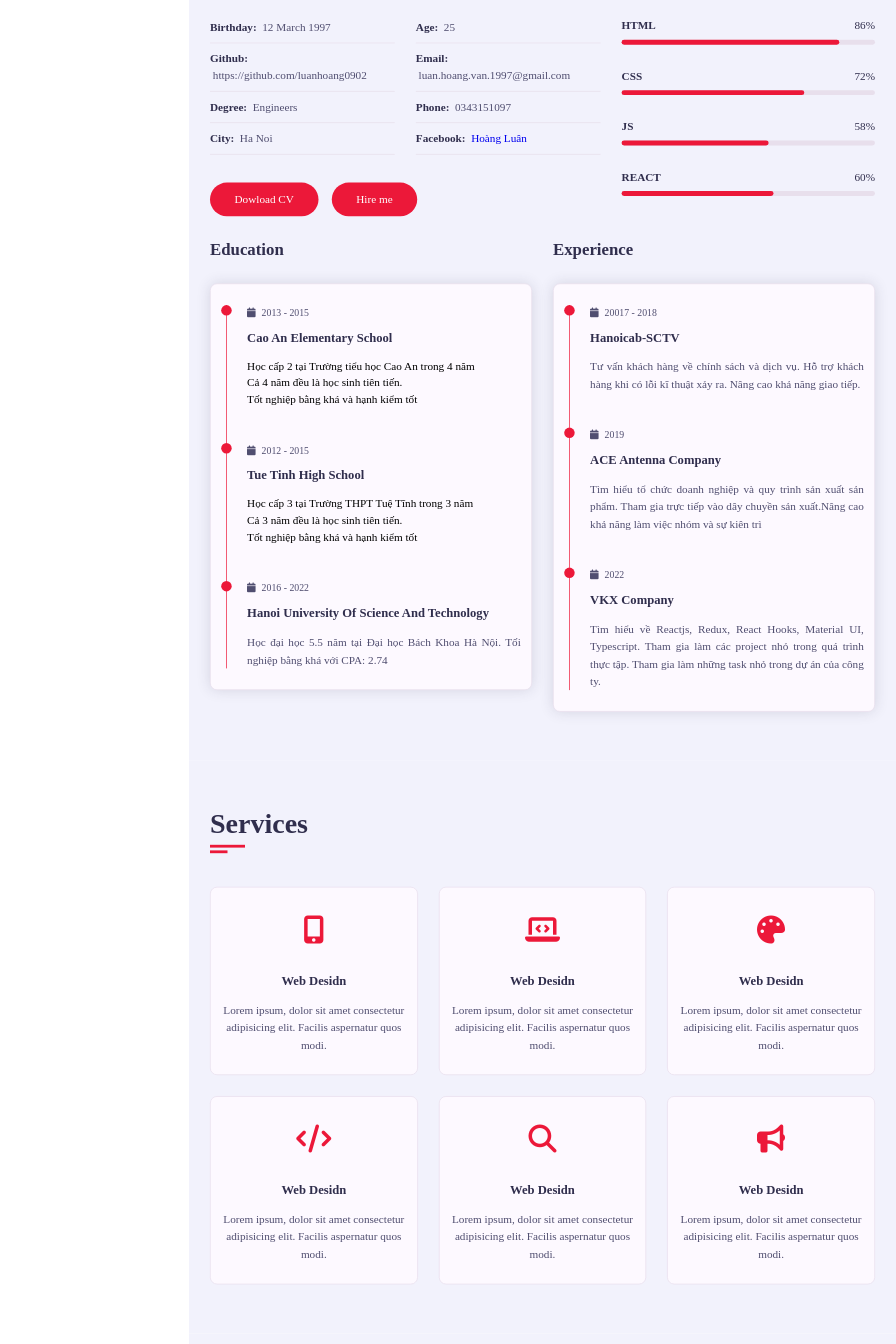
Repository: luanhoang0902/portfolio-ui
Page: index.html
An editor plug-in stored every save of this project. The page is shown before and after the next save, followed by the edit.
The browser window is 1280 px wide. The pictures show the part of the page from y = 1007 to 2927 px (the page is 4740 px tall), at 70% of full size.
Some web fonts or font styles are not loaded; a fallback is used. Some web libraries are served in a nearby version.

Above is the page before, as saved 2022-06-03 16:01:49.

After the next save:
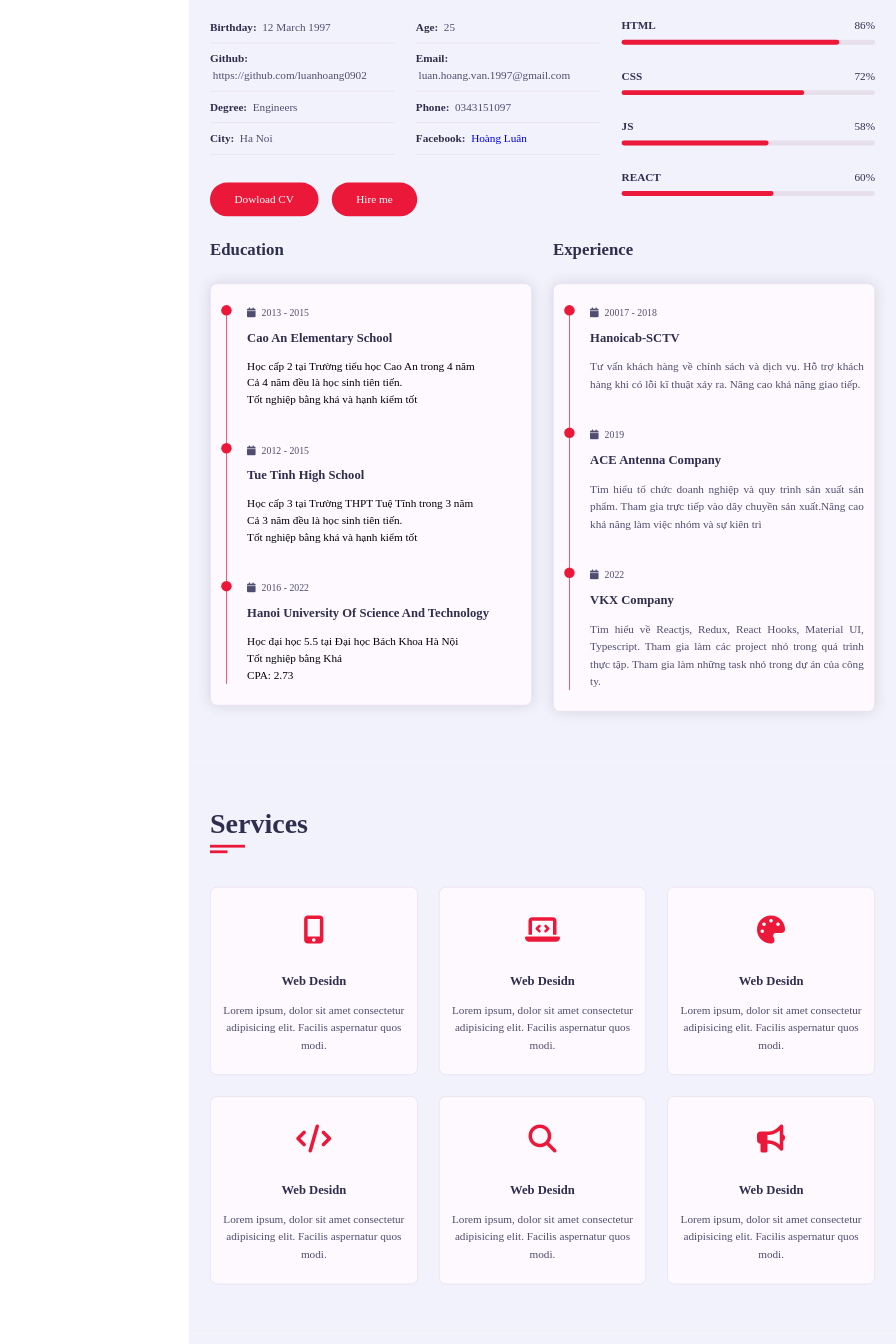
Saved 62 s later.
--- a/index.html
+++ b/index.html
@@ -209,7 +209,9 @@
                               Hanoi University of Science and Technology
                             </h4>
                             <p class="timeline-text">
-                              Học đại học 5.5 năm tại Đại học Bách Khoa Hà Nội. Tối nghiệp bằng khá với CPA: 2.74
+                              <p>Học đại học 5.5 tại Đại học Bách Khoa Hà Nội</p>
+                              <p>Tốt nghiệp bằng Khá</p>
+                              <p>CPA: 2.73</p>
                             </p>
                           </div>
                         </div>
